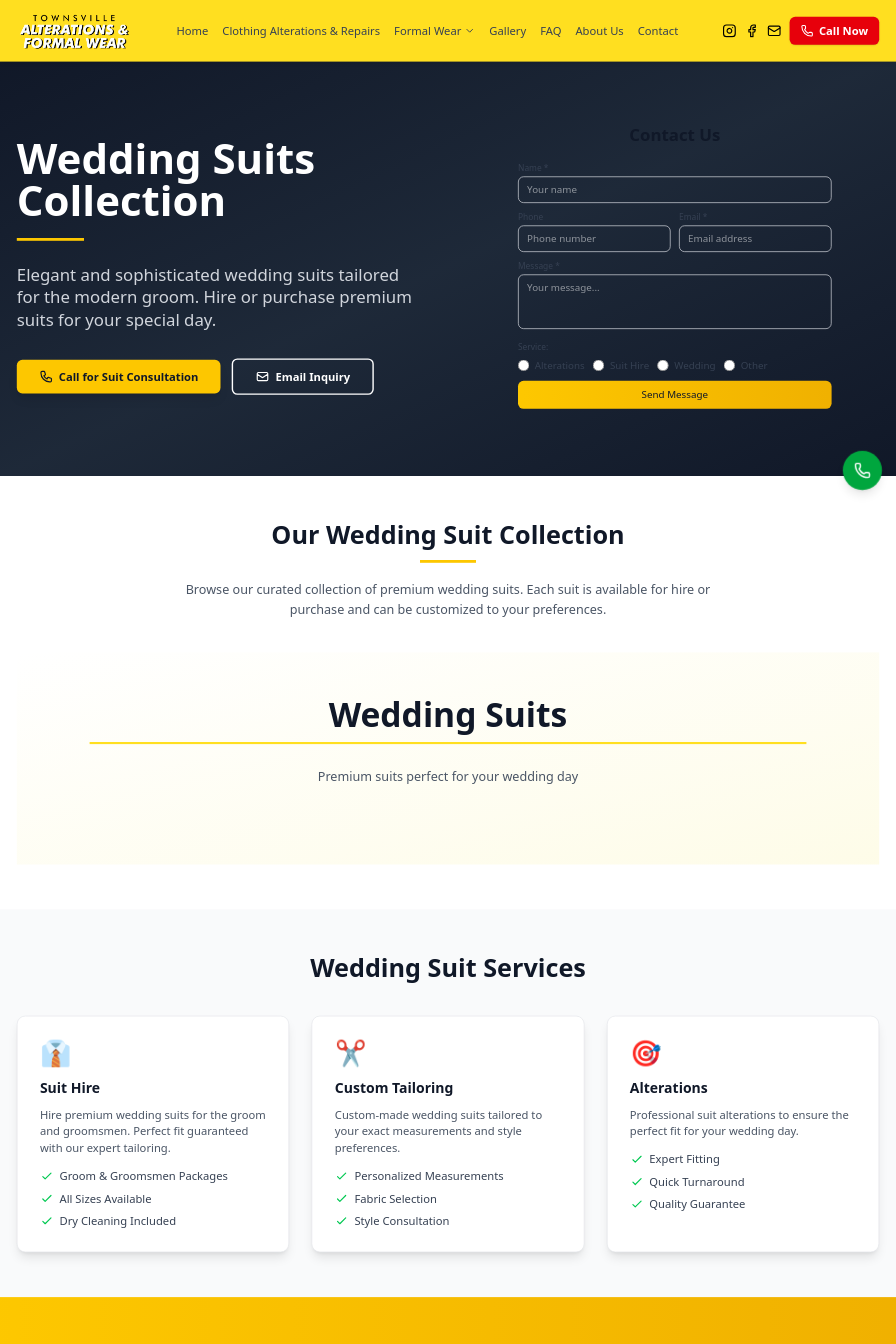
Repository: tarekhasan1/townsville-alteration
Page: /wedding-suits
These files come from the project's save history. The page is drawn as it stood at one moment and after the next save; the edit follows.
The browser window is 1280 px wide. The pictures show the part of the page from y = 0 to 1920 px (the page is 2715 px tall), at 70% of full size.
The page's requests for data from a server got no answer. The project was rebuilt for these pictures with package versions that can differ from the ones it lists, and the page was loaded fresh each time. The framework's server and built-in components were replaced by stand-ins that run in the browser. No one was signed in, and anything a server would have sent is missing. Also part of the build but not shown: next.config.ts.

Above is the page before, as saved 2026-01-31 11:31:48.

After the next save:
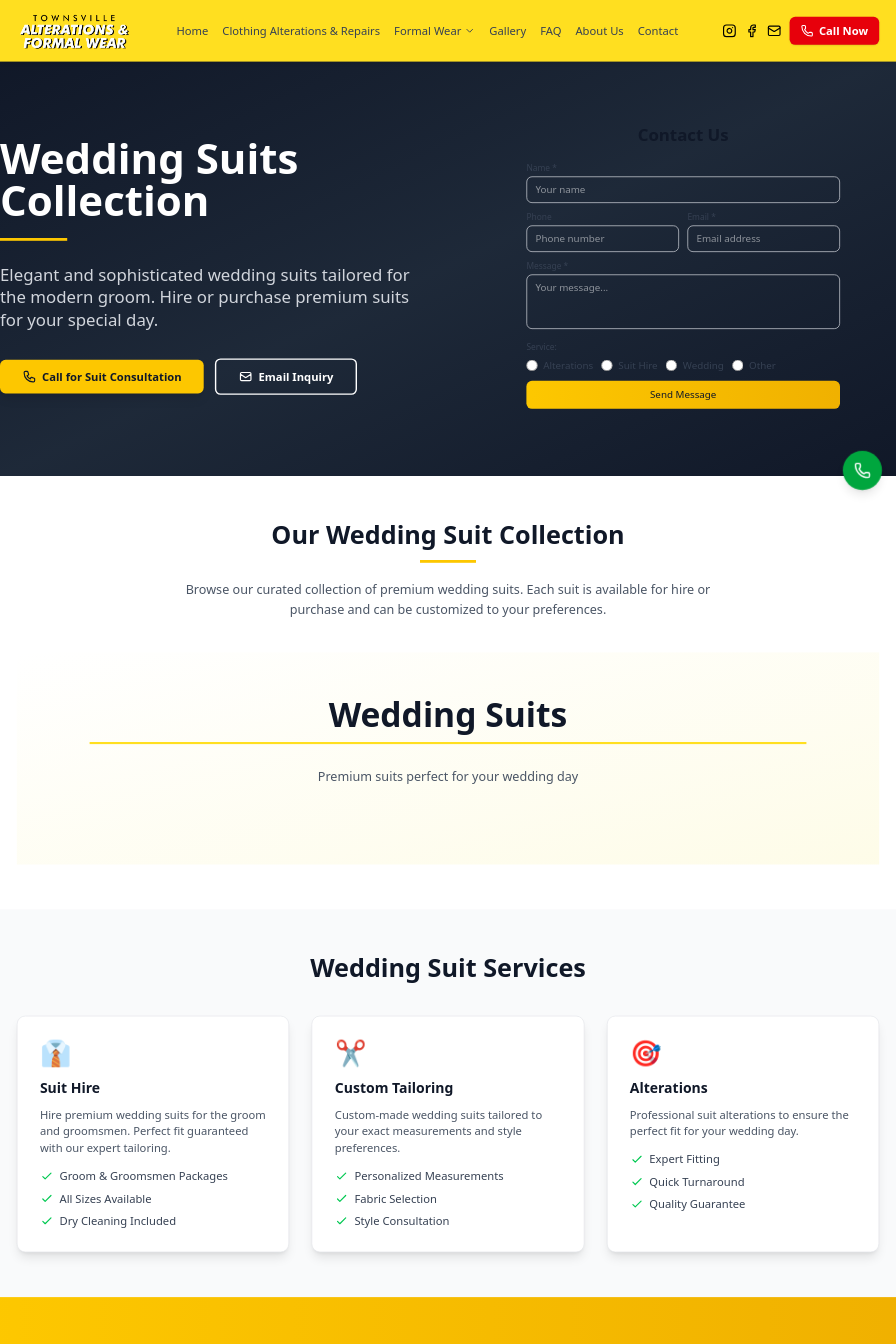
Saved 97 s later.
--- a/src/app/wedding-suits/page.tsx
+++ b/src/app/wedding-suits/page.tsx
@@ -33,7 +33,7 @@
   return (
     <main className='pt-[80px]'>
       {/* Hero Section */}
-      <section className="relative bg-gradient-to-br from-gray-900 via-gray-800 to-gray-900 text-white py-16 md:py-24 px-6">
+      <section className="relative bg-gradient-to-br from-gray-900 via-gray-800 to-gray-900 text-white py-16 md:py-24">
         <div className="max-w-7xl mx-auto">
           <div className="flex flex-col lg:flex-row gap-10 lg:gap-16 items-center">
             {/* Left Column */}

After the save that followed:
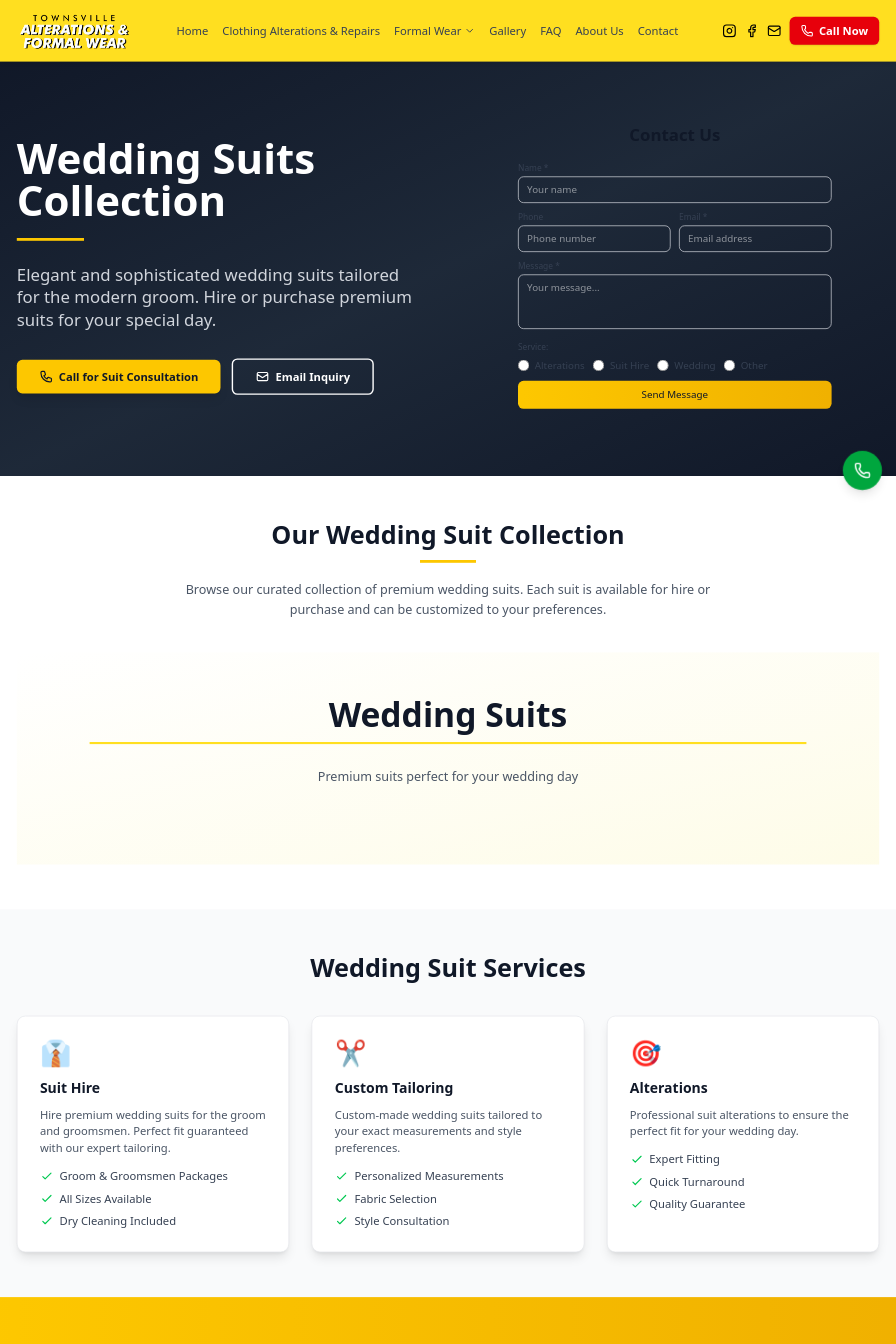
Saved 59 s later.
--- a/src/app/wedding-suits/page.tsx
+++ b/src/app/wedding-suits/page.tsx
@@ -34,7 +34,7 @@
     <main className='pt-[80px]'>
       {/* Hero Section */}
       <section className="relative bg-gradient-to-br from-gray-900 via-gray-800 to-gray-900 text-white py-16 md:py-24">
-        <div className="max-w-7xl mx-auto">
+        <div className="max-w-7xl mx-auto px-6">
           <div className="flex flex-col lg:flex-row gap-10 lg:gap-16 items-center">
             {/* Left Column */}
             <div className="lg:w-1/2">
